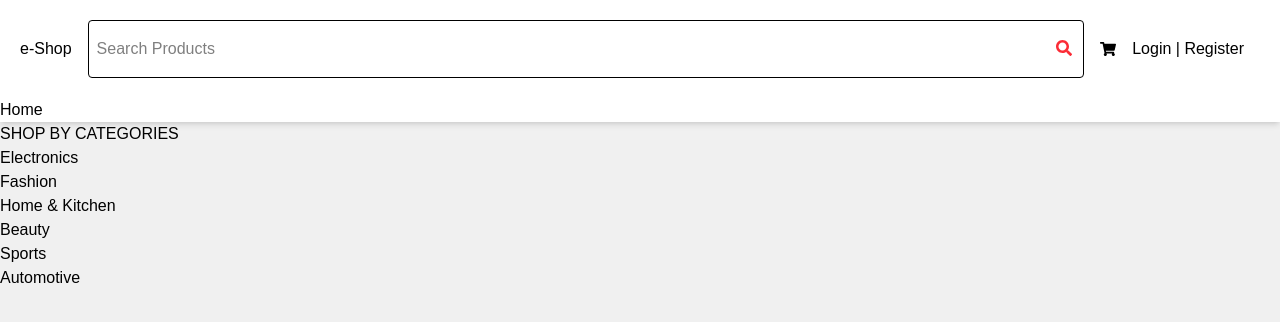
Repository: EmmyDunny1/frontend-ecommerce
Page: /
The author's editor kept a copy of each file at every save. The page is drawn from the files as they stood at one save, then again after a run of saves.
The browser window is 1280 px wide. The pictures show the whole page.
The project was rebuilt for these pictures with package versions that can differ from the ones it lists, and the page was loaded fresh each time. Also part of the build but not shown: vite.config.js.

Above is the page before, as saved 2025-05-09 12:46:54.

After the next 2 saves:
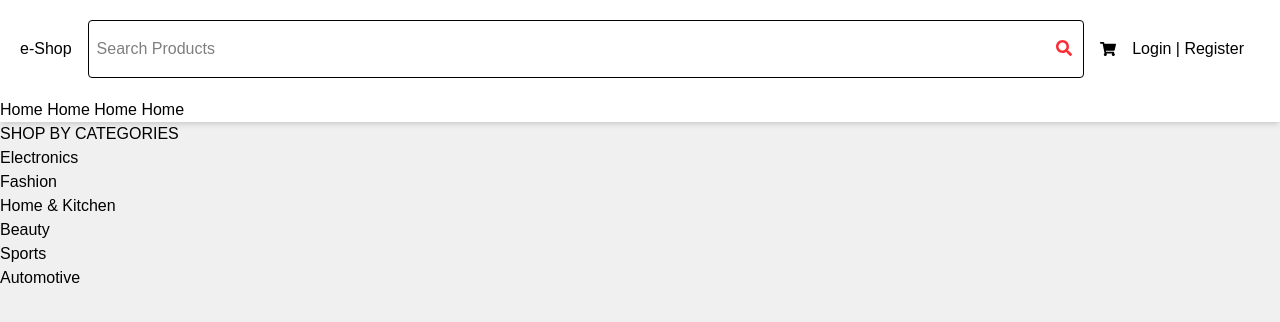
The 2 saves are shown as one change because they came seconds apart.
The last was saved 37 s later.
--- a/src/components/Navbar.jsx
+++ b/src/components/Navbar.jsx
@@ -25,6 +25,9 @@ const Navbar = () => {
       {/* Navigation header */}
       <div>
         <Link to='/' className='hover:underline'>Home </Link>
+        <Link to='/' className='hover:underline'>Home </Link>
+        <Link to='/' className='hover:underline'>Home </Link>
+        <Link to='/' className='hover:underline'>Home </Link>
 
 
       </div>
